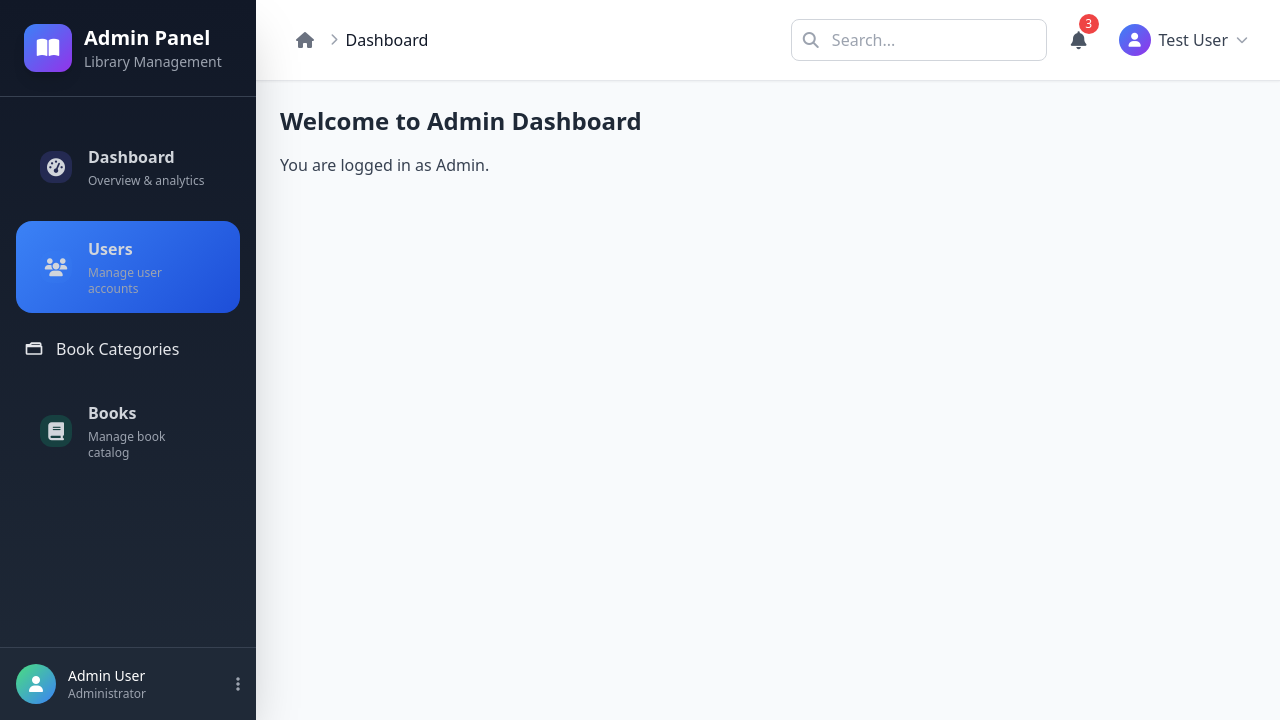
Repository: daffa-alif/lomba-NeuroGamy
Page: http://localhost/admin/dashboard
The author's editor kept a copy of each file at every save. The page is drawn from the files as they stood at one save, then again after the next save.
The browser window is 1280 px wide. The pictures show the whole page.
Some web libraries are served in a nearby version. The page is served by the project's Laravel application, run on PHP 8.4 with Laravel 12. A made-up administrator, Test User (test@example.com), is signed in. Other server files are loaded and not shown.

Above is the page before, as saved 2025-09-19 23:39:59.

### routes/web.php
<?php

use Illuminate\Support\Facades\Route;
use App\Http\Controllers\{AiController, AuthController, BookController, UserController};

Route::get('/', function () {
    return view('welcome');
});

Route::get('/login', [AuthController::class, 'viewLogin'])->name('login');
Route::post('/login', [AuthController::class, 'login']);

Route::get('/register', [AuthController::class, 'viewRegister'])->name('register');
Route::post('/register', [AuthController::class, 'register']);

Route::post('/logout', [AuthController::class, 'logout'])->name('logout');

Route::post('/ai/generate', [AiController::class, 'generate'])->name('ai.generate');

Route::middleware(['auth'])->group(function () {
    Route::get('/chatbot', function () {
        return view('chatbot'); // contoh view chatbot
    })->name('chatbot');
});

// Admin routes
Route::middleware(['auth', 'admin'])->prefix('admin')->group(function () {
    Route::get('/dashboard', function () {
        return view('Admin.dashboard');
    })->name('admin.dashboard');

    Route::get('/users', [UserController::class, 'index'])->name('users.index');

  Route::get('/dashboard', fn() => view('Admin.dashboard'))->name('admin.dashboard');

    Route::resource('books', \App\Http\Controllers\BookController::class);
    Route::get('/users', [UserController::class, 'index'])->name('users.index');
});

### app/Models/User.php
<?php

namespace App\Models;

// use Illuminate\Contracts\Auth\MustVerifyEmail;
use Illuminate\Database\Eloquent\Factories\HasFactory;
use Illuminate\Foundation\Auth\User as Authenticatable;
use Illuminate\Notifications\Notifiable;

class User extends Authenticatable
{
    /** @use HasFactory<\Database\Factories\UserFactory> */
    use HasFactory, Notifiable;

    /**
     * The attributes that are mass assignable.
     *
     * @var list<string>
     */
    protected $fillable = [
        'name',
        'email',
        'password',
    ];

    /**
     * The attributes that should be hidden for serialization.
     *
     * @var list<string>
     */
    protected $hidden = [
        'password',
        'remember_token',
    ];

    /**
     * Get the attributes that should be cast.
     *
     * @return array<string, string>
     */
    protected function casts(): array
    {
        return [
            'email_verified_at' => 'datetime',
            'password' => 'hashed',
        ];
    }

      public function scoreLogs()
    {
        return $this->hasMany(ScoreLog::class, 'user_id');
    }
}

### resources/views/Admin/dashboard.blade.php
@extends('Admin.AdminLayouts.app')

@section('title', 'Dashboard')

@section('content')
    <h1 class="text-2xl font-bold mb-4">Welcome to Admin Dashboard</h1>
    <p class="text-gray-700">You are logged in as Admin.</p>
@endsection

### resources/views/Admin/AdminLayouts/app.blade.php
<!DOCTYPE html>
<html lang="en">
<head>
    <meta charset="UTF-8">
    <meta name="viewport" content="width=device-width, initial-scale=1.0">
    <title>@yield('title', 'Admin Panel')</title>

    <!-- TailwindCSS via CDN -->
    <script src="https://cdn.tailwindcss.com"></script>

    <!-- Font Awesome for icons -->
    <link rel="stylesheet" href="https://cdnjs.cloudflare.com/ajax/libs/font-awesome/6.4.0/css/all.min.css">

    <style>
        /* Custom scrollbar */
        .custom-scrollbar::-webkit-scrollbar {
            width: 6px;
        }
        .custom-scrollbar::-webkit-scrollbar-track {
            background: #1f2937;
        }
        .custom-scrollbar::-webkit-scrollbar-thumb {
            background: #4b5563;
            border-radius: 3px;
        }
        .custom-scrollbar::-webkit-scrollbar-thumb:hover {
            background: #6b7280;
        }

        /* Sidebar transition */
        .sidebar-transition {
            transition: all 0.3s cubic-bezier(0.4, 0, 0.2, 1);
        }

        /* Active nav item gradient */
        .nav-active {
            background: linear-gradient(135deg, #3b82f6 0%, #1d4ed8 100%);
        }
    </style>
</head>
<body class="bg-slate-50 text-gray-800 font-sans">

    <!-- Sidebar -->
    <aside id="sidebar" class="fixed left-0 top-0 z-40 w-64 h-screen bg-gradient-to-b from-gray-900 to-gray-800 shadow-2xl sidebar-transition custom-scrollbar overflow-y-auto">
        <!-- Logo Section -->
        <div class="flex items-center justify-between p-6 border-b border-gray-700">
            <div class="flex items-center space-x-3">
                <div class="w-12 h-12 bg-gradient-to-br from-blue-500 to-purple-600 rounded-xl flex items-center justify-center shadow-lg">
                    <i class="fas fa-book-open text-white text-xl"></i>
                </div>
                <div>
                    <h2 class="text-white font-bold text-xl">Admin Panel</h2>
                    <p class="text-gray-400 text-sm">Library Management</p>
                </div>
            </div>
            <button id="sidebarToggle" class="lg:hidden text-gray-400 hover:text-white transition-colors">
                <i class="fas fa-times text-xl"></i>
            </button>
        </div>

        <!-- Navigation -->
        <nav class="mt-8 px-4">
            <div class="space-y-4">
                <!-- Dashboard -->
                <a href="#"
                   class="nav-item group flex items-center px-6 py-4 text-gray-300 rounded-2xl hover:bg-gradient-to-r hover:from-indigo-600 hover:to-blue-600 hover:text-white transition-all duration-300 transform hover:scale-105 hover:shadow-xl">
                    <div class="w-8 h-8 mr-4 flex items-center justify-center bg-indigo-500 bg-opacity-20 rounded-xl group-hover:bg-opacity-30 transition-all duration-300">
                        <i class="fas fa-tachometer-alt text-lg"></i>
                    </div>
                    <div class="flex-1">
                        <span class="font-semibold text-base">Dashboard</span>
                        <p class="text-xs text-gray-400 group-hover:text-indigo-100 mt-1">Overview & analytics</p>
                    </div>
                    <div class="ml-auto opacity-0 group-hover:opacity-100 transition-all duration-300 transform translate-x-2 group-hover:translate-x-0">
                        <i class="fas fa-chevron-right text-sm"></i>
                    </div>
                </a>

                <!-- Users -->
                <a href="#"
                   class="nav-item group flex items-center px-6 py-4 text-gray-300 rounded-2xl hover:bg-gradient-to-r hover:from-blue-600 hover:to-purple-600 hover:text-white transition-all duration-300 transform hover:scale-105 hover:shadow-xl nav-active">
                    <div class="w-8 h-8 mr-4 flex items-center justify-center bg-blue-500 bg-opacity-20 rounded-xl group-hover:bg-opacity-30 transition-all duration-300">
                        <i class="fas fa-users text-lg"></i>
                    </div>
                    <div class="flex-1">
                        <span class="font-semibold text-base">Users</span>
                        <p class="text-xs text-gray-400 group-hover:text-blue-100 mt-1">Manage user accounts</p>
                    </div>
                    <div class="ml-auto opacity-0 group-hover:opacity-100 transition-all duration-300 transform translate-x-2 group-hover:translate-x-0">
                        <i class="fas fa-chevron-right text-sm"></i>
                    </div>
                </a>

                   <a href=""
           class="flex items-center p-2 text-gray-200 hover:bg-gray-700 rounded-lg">
            {{-- Icon Categories (Folder Open) --}}
            <svg xmlns="http://www.w3.org/2000/svg" class="w-5 h-5" fill="none"
                 viewBox="0 0 24 24" stroke="currentColor">
                <path stroke-linecap="round" stroke-linejoin="round" stroke-width="2"
                      d="M3 7h4l2-2h10a1 1 0 011 1v2H3zM3 7v10a1 1 0 001 1h16a1 1 0 001-1V9H3z" />
            </svg>
            <span class="ml-3">Book Categories</span>
        </a>

                <!-- Books -->
                <a href="{{ route('books.index')}}"
                   class="nav-item group flex items-center px-6 py-4 text-gray-300 rounded-2xl hover:bg-gradient-to-r hover:from-emerald-600 hover:to-teal-600 hover:text-white transition-all duration-300 transform hover:scale-105 hover:shadow-xl">
                    <div class="w-8 h-8 mr-4 flex items-center justify-center bg-emerald-500 bg-opacity-20 rounded-xl group-hover:bg-opacity-30 transition-all duration-300">
                        <i class="fas fa-book text-lg"></i>
                    </div>
                    <div class="flex-1">
                        <span class="font-semibold text-base">Books</span>
                        <p class="text-xs text-gray-400 group-hover:text-emerald-100 mt-1">Manage book catalog</p>
                    </div>
                    <div class="ml-auto opacity-0 group-hover:opacity-100 transition-all duration-300 transform translate-x-2 group-hover:translate-x-0">
                        <i class="fas fa-chevron-right text-sm"></i>
                    </div>
                </a>
            </div>
        </nav>

        <!-- User Profile Section at Bottom -->
        <div class="absolute bottom-0 left-0 right-0 p-4 border-t border-gray-700 bg-gray-800">
            <div class="flex items-center space-x-3">
                <div class="w-10 h-10 bg-gradient-to-br from-green-400 to-blue-500 rounded-full flex items-center justify-center">
                    <i class="fas fa-user text-white"></i>
                </div>
                <div class="flex-1 min-w-0">
                    <p class="text-white text-sm font-medium truncate">Admin User</p>
                    <p class="text-gray-400 text-xs">Administrator</p>
                </div>
                <div class="relative">
                    <button class="text-gray-400 hover:text-white transition-colors">
                        <i class="fas fa-ellipsis-v"></i>
                    </button>
                </div>
            </div>
        </div>
    </aside>

    <!-- Mobile Sidebar Overlay -->
    <div id="sidebarOverlay" class="fixed inset-0 bg-black bg-opacity-50 z-30 lg:hidden hidden"></div>

    <!-- Main Content Area -->
    <div class="lg:ml-64 min-h-screen flex flex-col">
        <!-- Top Header -->
        <header class="bg-white shadow-sm border-b border-gray-200 sticky top-0 z-20">
            <div class="flex items-center justify-between px-6 py-4">
                <div class="flex items-center space-x-4">
                    <!-- Mobile Menu Button -->
                    <button id="mobileMenuButton" class="lg:hidden text-gray-600 hover:text-gray-900 transition-colors">
                        <i class="fas fa-bars text-xl"></i>
                    </button>

                    <!-- Breadcrumb -->
                    <nav class="hidden md:flex" aria-label="Breadcrumb">
                        <ol class="flex items-center space-x-2">
                            <li>
                                <a href="#" class="text-gray-500 hover:text-gray-700 transition-colors">
                                    <i class="fas fa-home"></i>
                                </a>
                            </li>
                            <li class="flex items-center">
                                <i class="fas fa-chevron-right text-gray-400 text-xs mx-2"></i>
                                <span class="text-gray-900 font-medium">@yield('breadcrumb', 'Dashboard')</span>
                            </li>
                        </ol>
                    </nav>
                </div>

                <!-- Header Actions -->
                <div class="flex items-center space-x-4">
                    <!-- Search -->
                    <div class="hidden md:block relative">
                        <input type="text"
                               placeholder="Search..."
                               class="w-64 pl-10 pr-4 py-2 border border-gray-300 rounded-lg focus:ring-2 focus:ring-blue-500 focus:border-blue-500 transition-all">
                        <div class="absolute left-3 top-1/2 transform -translate-y-1/2">
                            <i class="fas fa-search text-gray-400"></i>
                        </div>
                    </div>

                    <!-- Notifications -->
                    <button class="relative p-2 text-gray-600 hover:text-gray-900 hover:bg-gray-100 rounded-lg transition-colors">
                        <i class="fas fa-bell text-lg"></i>
                        <span class="absolute -top-1 -right-1 w-5 h-5 bg-red-500 text-white text-xs rounded-full flex items-center justify-center">3</span>
                    </button>

                    <!-- User Menu -->
                    <div class="relative group">
                        <button class="flex items-center space-x-2 p-2 rounded-lg hover:bg-gray-100 transition-colors">
                            <div class="w-8 h-8 bg-gradient-to-br from-blue-500 to-purple-600 rounded-full flex items-center justify-center">
                                <i class="fas fa-user text-white text-sm"></i>
                            </div>
                            <span class="hidden md:block text-gray-700 font-medium">{{ Auth::user()->name ?? 'Admin' }}</span>
                            <i class="fas fa-chevron-down text-gray-400 text-xs"></i>
                        </button>

                        <!-- Dropdown Menu -->
                        <div class="absolute right-0 mt-2 w-48 bg-white rounded-lg shadow-lg border border-gray-200 py-2 opacity-0 invisible group-hover:opacity-100 group-hover:visible transition-all duration-200">
                            <a href="#" class="flex items-center px-4 py-2 text-gray-700 hover:bg-gray-50 transition-colors">
                                <i class="fas fa-user-circle mr-3"></i>
                                Profile
                            </a>
                            <a href="/" class="flex items-center px-4 py-2 text-gray-700 hover:bg-gray-50 transition-colors">
                                <i class="fas fa-external-link-alt mr-3"></i>
                                View Site
                            </a>
                            <hr class="my-2">
                            <form action="{{ route('logout') }}" method="POST" class="w-full">
                                @csrf
                                <button type="submit" class="flex items-center w-full px-4 py-2 text-red-600 hover:bg-red-50 transition-colors text-left">
                                    <i class="fas fa-sign-out-alt mr-3"></i>
                                    Logout
                                </button>
                            </form>
                        </div>
                    </div>
                </div>
            </div>
        </header>

        <!-- Page Content -->
        <main class="flex-1 p-6">
            <div class="max-w-full">
                @yield('content')
            </div>
        </main>

        <!-- Footer -->
        <footer class="bg-white border-t border-gray-200

After the next save:
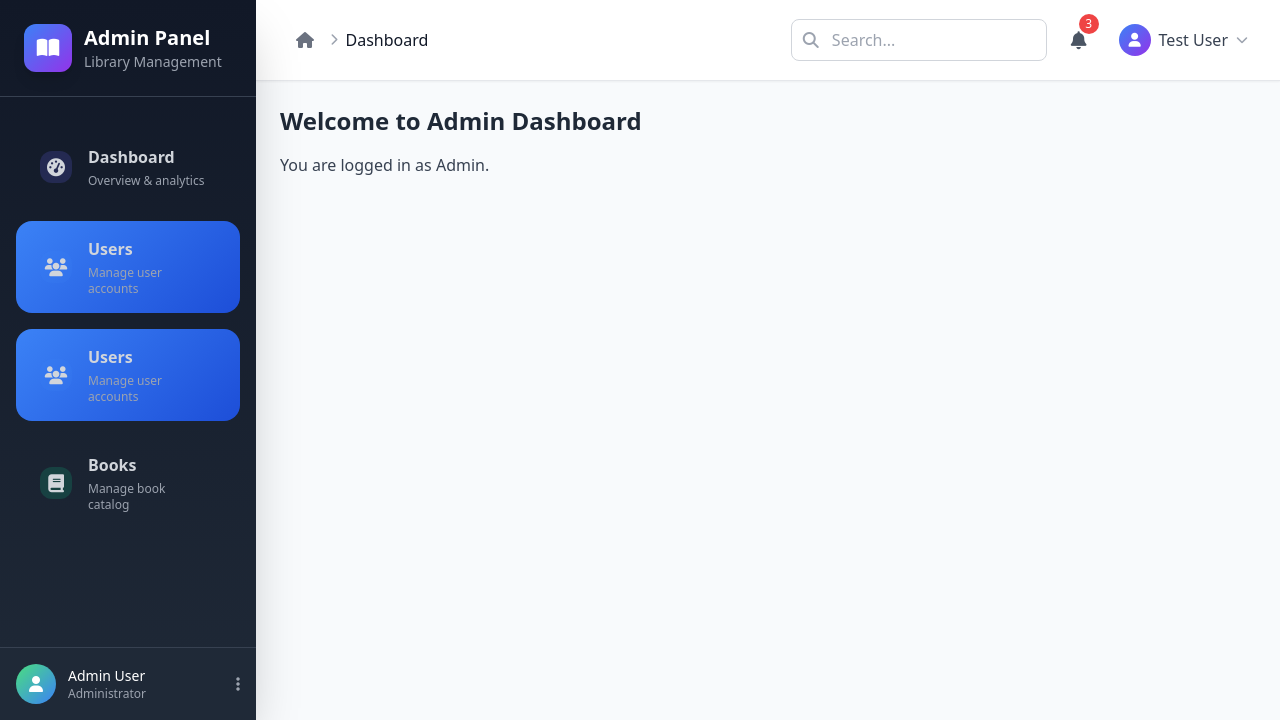
Saved 25 s later.
--- a/resources/views/Admin/AdminLayouts/app.blade.php
+++ b/resources/views/Admin/AdminLayouts/app.blade.php
@@ -91,16 +91,20 @@
                     </div>
                 </a>
 
-                   <a href=""
-           class="flex items-center p-2 text-gray-200 hover:bg-gray-700 rounded-lg">
-            {{-- Icon Categories (Folder Open) --}}
-            <svg xmlns="http://www.w3.org/2000/svg" class="w-5 h-5" fill="none"
-                 viewBox="0 0 24 24" stroke="currentColor">
-                <path stroke-linecap="round" stroke-linejoin="round" stroke-width="2"
-                      d="M3 7h4l2-2h10a1 1 0 011 1v2H3zM3 7v10a1 1 0 001 1h16a1 1 0 001-1V9H3z" />
-            </svg>
-            <span class="ml-3">Book Categories</span>
-        </a>
+                <!-- Users -->
+                <a href="#"
+                   class="nav-item group flex items-center px-6 py-4 text-gray-300 rounded-2xl hover:bg-gradient-to-r hover:from-blue-600 hover:to-purple-600 hover:text-white transition-all duration-300 transform hover:scale-105 hover:shadow-xl nav-active">
+                    <div class="w-8 h-8 mr-4 flex items-center justify-center bg-blue-500 bg-opacity-20 rounded-xl group-hover:bg-opacity-30 transition-all duration-300">
+                        <i class="fas fa-users text-lg"></i>
+                    </div>
+                    <div class="flex-1">
+                        <span class="font-semibold text-base">Users</span>
+                        <p class="text-xs text-gray-400 group-hover:text-blue-100 mt-1">Manage user accounts</p>
+                    </div>
+                    <div class="ml-auto opacity-0 group-hover:opacity-100 transition-all duration-300 transform translate-x-2 group-hover:translate-x-0">
+                        <i class="fas fa-chevron-right text-sm"></i>
+                    </div>
+                </a>
 
                 <!-- Books -->
                 <a href="{{ route('books.index')}}"
